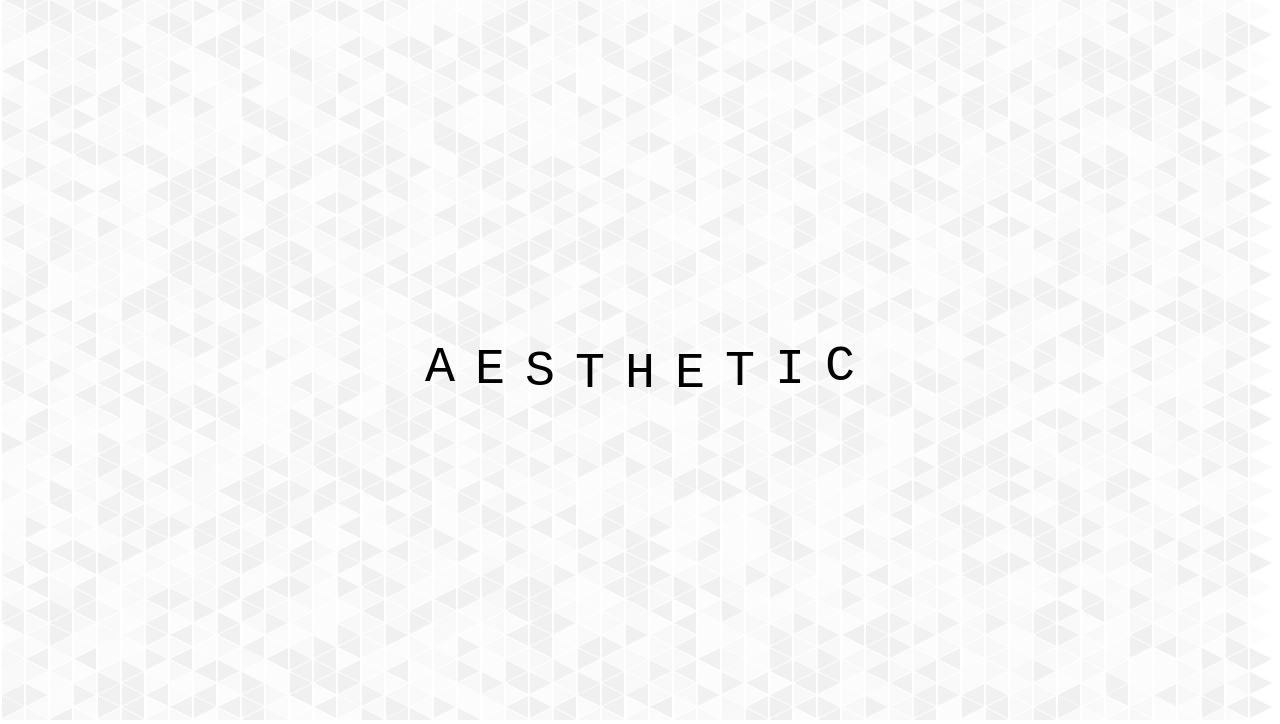
Repository: Aaquib111/Aaquib111.github.io
Page: index.html
An editor plug-in stored every save of this project. The page is shown before and after the next save, followed by the edit.
The browser window is 1280 px wide. The pictures show the whole page.

Above is the page before, as saved 2021-05-10 23:13:16.

After the next save:
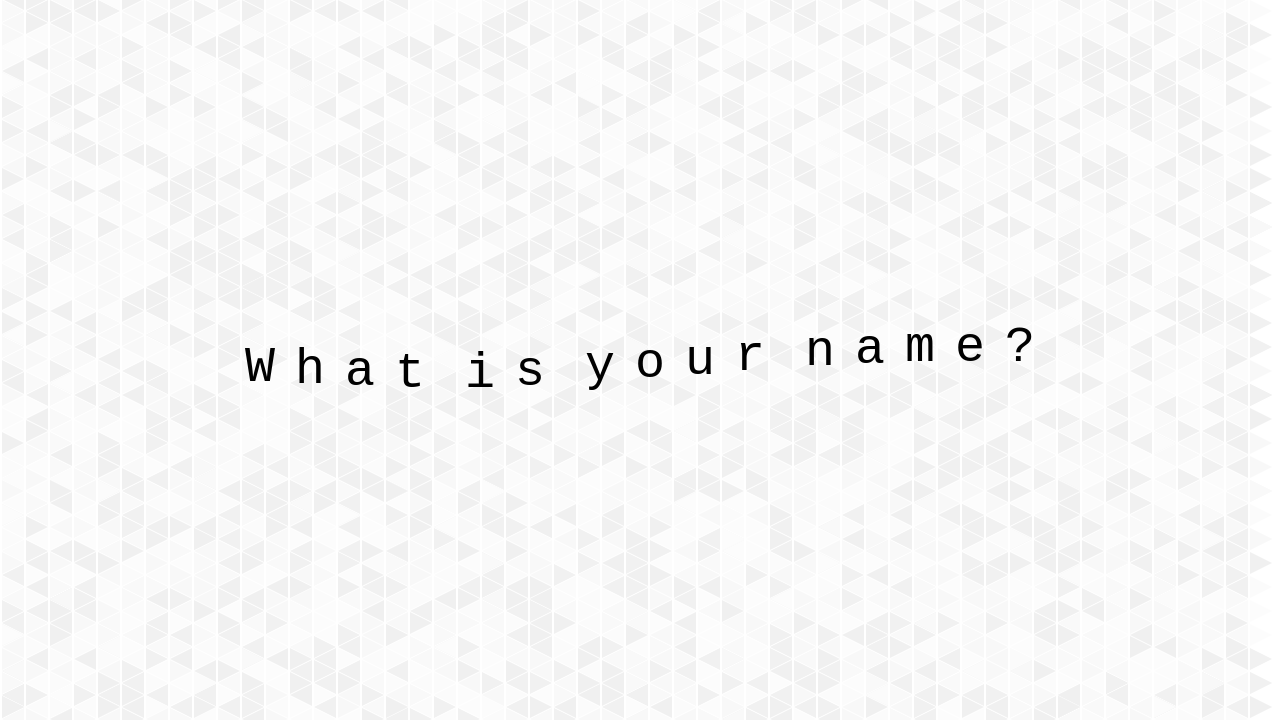
Saved 18 s later.
--- a/js/background.js
+++ b/js/background.js
@@ -132,5 +132,5 @@ var livePatern = {
     docify(this.value);
   }
 
-  docify('AESTHETIC');
+  docify('What is your name?');
   anim();
